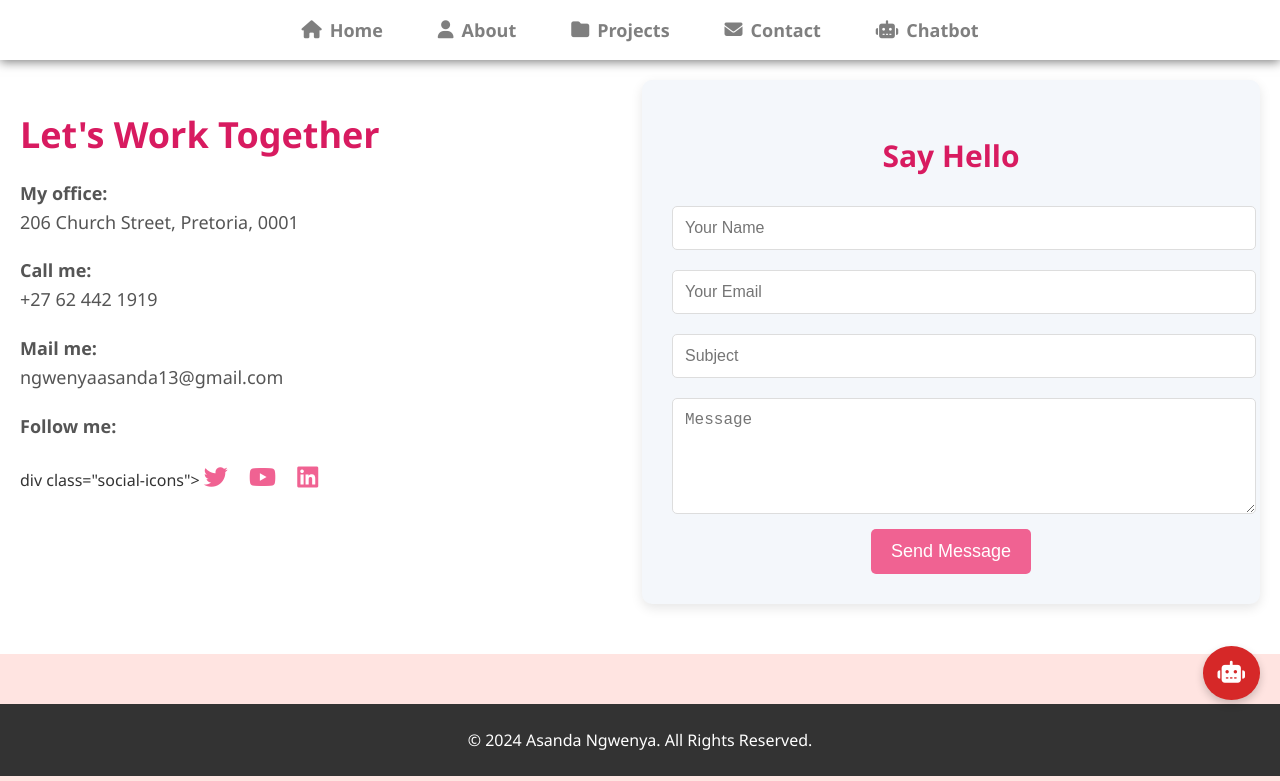
Repository: asandan8106/Asanda-sPortfolio
Page: Portfolio/contact.html
These files come from the project's save history. The page is drawn as it stood at one moment and after a run of saves; the edit follows.
The browser window is 1280 px wide. The pictures show the whole page.

Above is the page before, as saved 2025-05-19 16:13:11.

### Portfolio/contact.html
<!DOCTYPE html>
<html lang="en">
<head>
    <meta charset="UTF-8">
    <meta name="viewport" content="width=device-width, initial-scale=1.0">
    <title>Contact Us</title>
    <link rel="stylesheet" href="https://cdnjs.cloudflare.com/ajax/libs/font-awesome/4.7.0/css/font-awesome.min.css">
    <link
    href="https://cdnjs.cloudflare.com/ajax/libs/font-awesome/6.5.0/css/all.min.css"
     rel="stylesheet"
    />

      <link rel="stylesheet" href="styles/CSS/contact.css" />

</head>
<body>

    <!-- Navigation Bar -->
    <header>
        <nav class="navbar">
            <div class="icon-bar">
                <a href="index.html"><i class="fa fa-home"></i><span>Home</span></a>
                <a href="About.html"><i class="fa fa-user"></i><span>About</span></a>
                <a href="project.html"><i class="fa fa-folder"></i><span>Projects</span></a>
                <a href="contact.html"><i class="fa fa-envelope"></i><span>Contact</span></a>
                <a href="chatbot.html"><i class="fa fa-robot"></i><span>Chatbot</span></a>
            </div>
        </nav>
    </header>

    <!-- Contact Section -->
    <section class="contact-section">
        <div class="contact-container">
            <!-- Contact Information -->
            <div class="contact-info">
                <h1>Let's Work Together</h1>
                <p><strong>My office:</strong><br>206 Church Street, Pretoria, 0001</p>
                <p><strong>Call me:</strong><br>+27 62 442 1919</p>
                <p><strong>Mail me:</strong><br>ngwenyaasanda13@gmail.com</p>
                <p><strong>Follow me:</strong></p>
                <div class="social-icons">
                   div class="social-icons">
  <a href="https://twitter.com/NgwenyaAN" target="_blank" aria-label="Twitter">
    <i class="fab fa-twitter"></i>
  </a>
  <a href="https://www.youtube.com/@asanda-ngwenya7207" target="_blank" aria-label="YouTube">
    <i class="fab fa-youtube"></i>
  </a>
                 <a href="https://www.linkedin.com/in/asanda-ngwenya-b72b5b2a9" target="_blank" aria-label="LinkedIn">
    <i class="fab fa-linkedin"></i>
  </a>
                </div>
            </div>

            <!-- Contact Form -->
            <div class="contact-form">
                <h2>Say Hello</h2>
                <form>
                    <input type="text" placeholder="Your Name" required>
                    <input type="email" placeholder="Your Email" required>
                    <input type="text" placeholder="Subject" required>
                    <textarea placeholder="Message" rows="5" required></textarea>
                    <button type="submit">Send Message</button>
                </form>
            </div>
        </div>
    </section>
<!-- Floating Chatbot Icon for global navigation -->
  <a href="chatbot.html" class="chatbot-float" aria-label="Open Chatbot">
    <i class="fas fa-robot"></i>
  </a>
    <!-- Footer -->
    <footer>
        <p>&copy; 2024 Asanda Ngwenya. All Rights Reserved.</p>
    </footer>

</body>
</html>

### Portfolio/styles/CSS/contact.css
   /* General Styles */
        body {
            font-family: 'Segoe UI', Tahoma, Geneva, Verdana, sans-serif;
            margin: 0;
            padding: 0;
            background-color: #ffe4e1; /* Soft Pink */
            color: #333; /* Dark text */
        }

        h1, h2 {
            color: #d81b60; /* Dark pink */
        }

        a {
            text-decoration: none;
            color: #f06292; /* Light pink */
        }

        a:hover {
            text-decoration: underline;
        }

        /* Navigation Bar */
        .navbar {
    display: flex;
    justify-content: center;
    align-items: center;
    background:#fff; /* Transparent black for overlay effect */
    position: fixed;
    top: 0;
    width: 100%;
    height: 60px;
    z-index: 100;
    box-shadow: 0px 2px 10px rgba(0, 0, 0, 0.5);
}

.navbar .icon-bar {
    display: flex;
    gap: 25px;
}

.navbar .icon-bar a {
    text-decoration: none;
    color:rgba(0, 0, 0, 0.5);
    font-size: 18px;
    font-weight: bold;
    display: flex;
    align-items: center;
    transition: color 0.3s, background 0.3s;
    padding: 8px 15px;
    border-radius: 5px;
}

.navbar .icon-bar a i {
    margin-right: 8px;
}

.navbar .icon-bar a:hover {
    color: #d62828;
    background: rgba(255, 255, 255, 0.2);
}

.navbar .icon-bar a span {
    display: inline-block;
}

.navbar-right a:hover {
    color: #ff66b2;
}

        /* Contact Section */
        .contact-section {
            padding: 50px 20px;
            background-color: white;
            text-align: center;
        }

        .contact-container {
            display: flex;
            justify-content: space-between;
            gap: 30px;
            margin-top: 30px;
        }

        .contact-info {
            width: 45%;
            text-align: left;
        }

        .contact-info h1 {
            font-size: 36px;
            color: #d81b60; /* Dark pink */
            margin-bottom: 20px;
        }

        .contact-info p {
            font-size: 18px;
            line-height: 1.6;
            color: #555;
            margin-bottom: 20px;
        }

        .social-icons a {
            color: #f06292; /* Light pink */
            font-size: 24px;
            margin-right: 15px;
            transition: color 0.3s ease;
        }

        .social-icons a:hover {
            color: #d81b60; /* Dark pink */
        }

        .contact-form {
            width: 45%;
            background-color: #f4f7fb;
            padding: 30px;
            border-radius: 10px;
            box-shadow: 0 4px 12px rgba(0, 0, 0, 0.1);
        }

        .contact-form h2 {
            font-size: 30px;
            color: #d81b60;
            margin-bottom: 20px;
        }

        .contact-form form input, .contact-form form textarea {
            width: 100%;
            padding: 12px;
            margin: 10px 0;
            border-radius: 5px;
            border: 1px solid #ddd;
            font-size: 16px;
        }

        .contact-form form button {
            background-color: #f06292; /* Light pink */
            color: white;
            font-size: 18px;
            padding: 12px 20px;
            border-radius: 5px;
            border: none;
            cursor: pointer;
            transition: background-color 0.3s ease;
        }

        .contact-form form button:hover {
            background-color: #ec407a; /* Slightly darker pink */
        }
      /* Floating Chatbot Icon */
.chatbot-float {
    position: fixed;
    bottom: 20px;
    right: 20px;
    background-color: #d62828;
    color: #fff;
    padding: 15px;
    border-radius: 50%;
    text-align: center;
    box-shadow: 0 4px 8px rgba(0, 0, 0, 0.2);
    transition: background 0.3s ease;
    z-index: 999;
    animation: bounce 2.5s infinite;
}

.chatbot-float i {
    font-size: 22px;
}

/* On hover, darken the color */
.chatbot-float:hover {
    background-color: #b71c1c;
}

/* Bounce Animation */
@keyframes bounce {
    0%, 20%, 50%, 80%, 100% {
        transform: translateY(0);
    }

    40% {
        transform: translateY(-10px);
    }

    60% {
        transform: translateY(-5px);
    }
}


        /* Footer */
        footer {
            background-color: #333; /* Black */
            color: white;
            padding: 20px;
            text-align: center;
            margin-top: 50px;
        }

        footer p {
            margin: 5px 0;
        }

        footer a {
            color: #f06292; /* Light pink */
            text-decoration: none;
            font-weight: bold;
        }

        footer a:hover {
            text-decoration: underline;
        }

        /* Responsive Design */
        @media screen and (max-width: 768px) {
            .contact-container {
                flex-direction: column;
                align-items: center;
            }

            .contact-info, .contact-form {
                width: 80%;
            }
        }

        @media screen and (max-width: 480px) {
            .navbar .icon-bar a {
                font-size: 18px;
                margin: 0 8px;
            }

            .contact-form form button {
                font-size: 16px;
            }
        }
    /* Theme Toggle Button */
#theme-toggle {
    position: fixed;
    bottom: 160px;
    right: 20px;
    background-color: #fdd835;
    color: #000;
    border: none;
    padding: 14px;
    border-radius: 50%;
    font-size: 20px;
    cursor: pointer;
    box-shadow: 0 4px 8px rgba(0,0,0,0.3);
    z-index: 1000;
    transition: background 0.3s ease, transform 0.3s ease;
}

#theme-toggle:hover {
    background-color: #fbc02d;
    transform: scale(1.1);
}

/* Dark Mode Styles */
body.dark-mode {
    background-color: #121212;
    color: #f0f0f0;
}

body.dark-mode footer {
    background-color: #1e1e1e;
    color: #ddd;
}

body.dark-mode a {
    color: #90caf9;
}

body.dark-mode .chatbot-float,
body.dark-mode #back-to-top,
body.dark-mode #theme-toggle {
    box-shadow: 0 4px 8px rgba(255, 255, 255, 0.2);
}

After the next 2 saves:
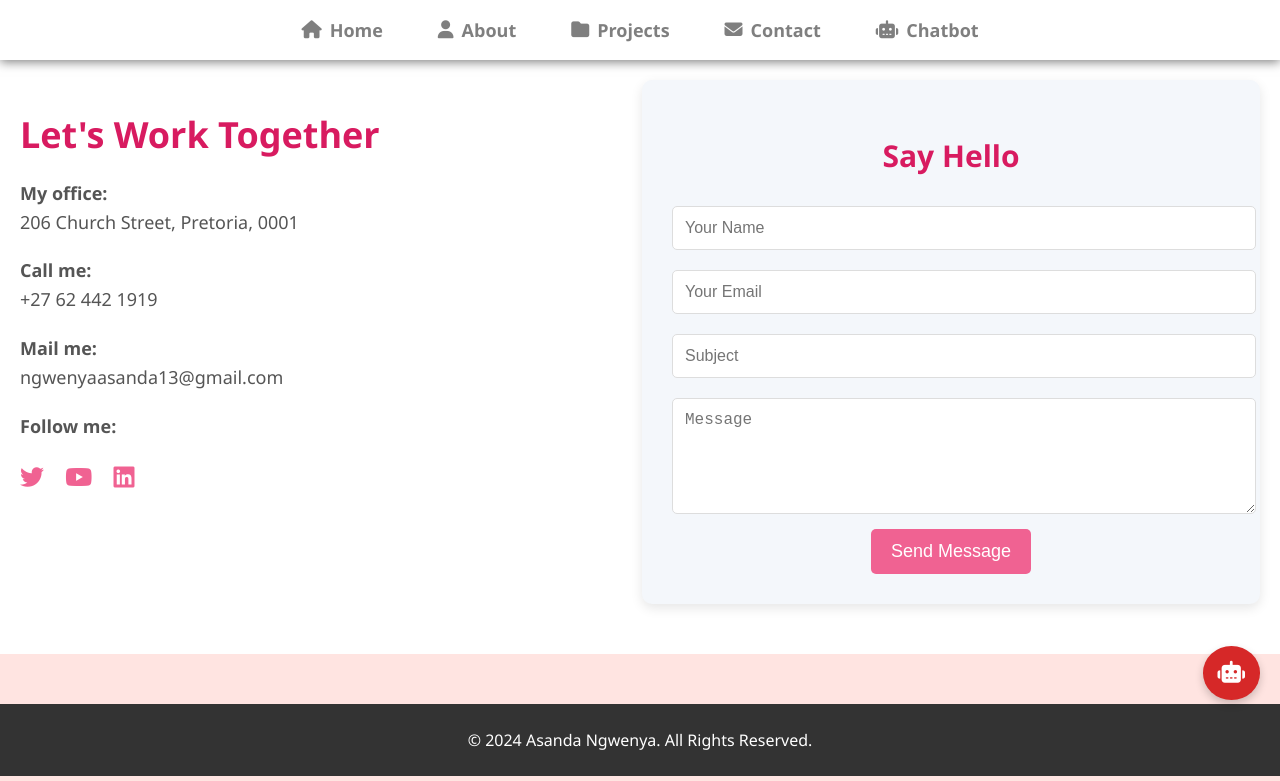
The 2 saves are shown as one change because they came seconds apart.
The last was saved 8 s later.
--- a/Portfolio/contact.html
+++ b/Portfolio/contact.html
@@ -39,7 +39,6 @@
                 <p><strong>Mail me:</strong><br>ngwenyaasanda13@gmail.com</p>
                 <p><strong>Follow me:</strong></p>
                 <div class="social-icons">
-                   div class="social-icons">
   <a href="https://twitter.com/NgwenyaAN" target="_blank" aria-label="Twitter">
     <i class="fab fa-twitter"></i>
   </a>
